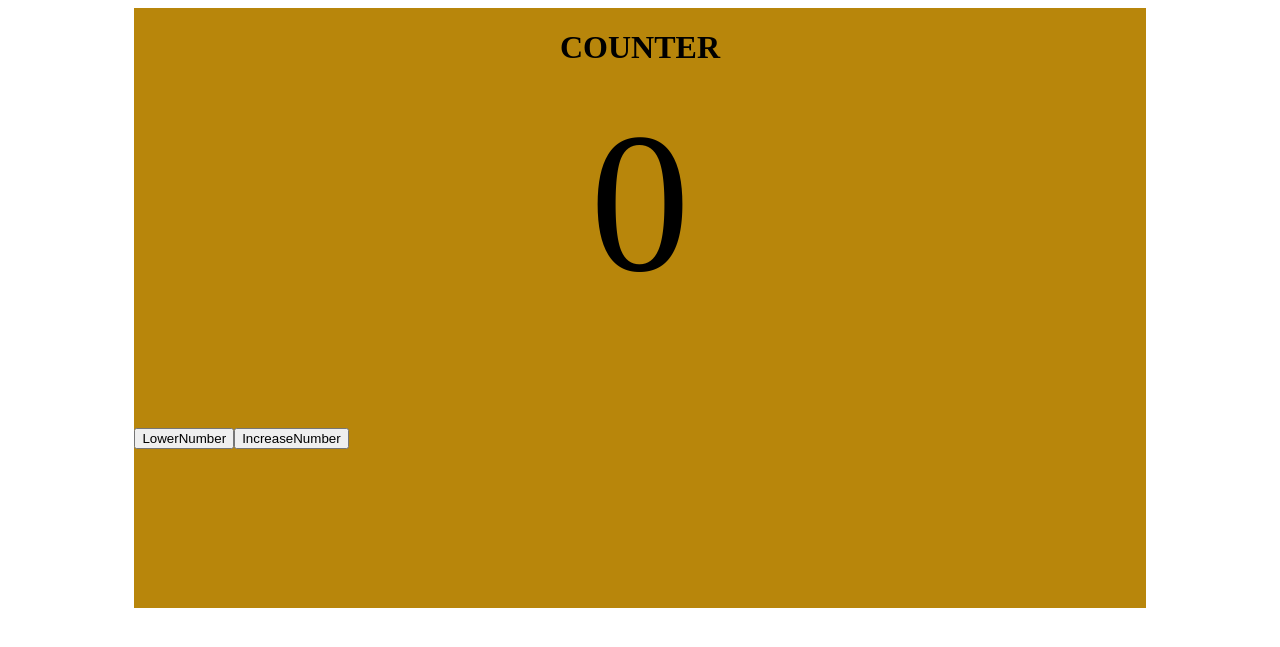
Repository: Sgalstyan06/counterNum
Page: index.html
An editor plug-in stored every save of this project. The page is shown before and after a run of saves, followed by the edit.
The browser window is 1280 px wide. The pictures show the whole page.

Above is the page before, as saved 2022-02-14 16:58:40.

After the next 2 saves:
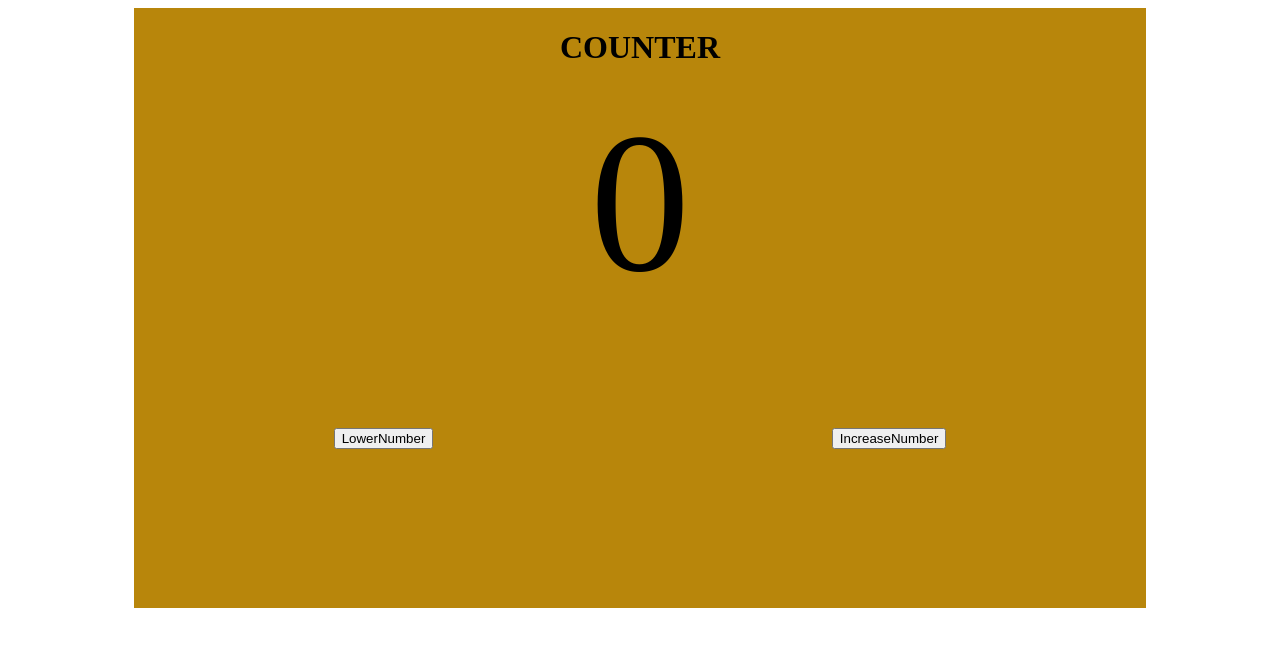
The 2 saves are shown as one change because they came seconds apart.
The last was saved 5 s later.
--- a/style.css
+++ b/style.css
@@ -21,5 +21,5 @@
 
 .buttons{
     display: flex;
-    justify-content:s
+    justify-content:space-around;
 }
